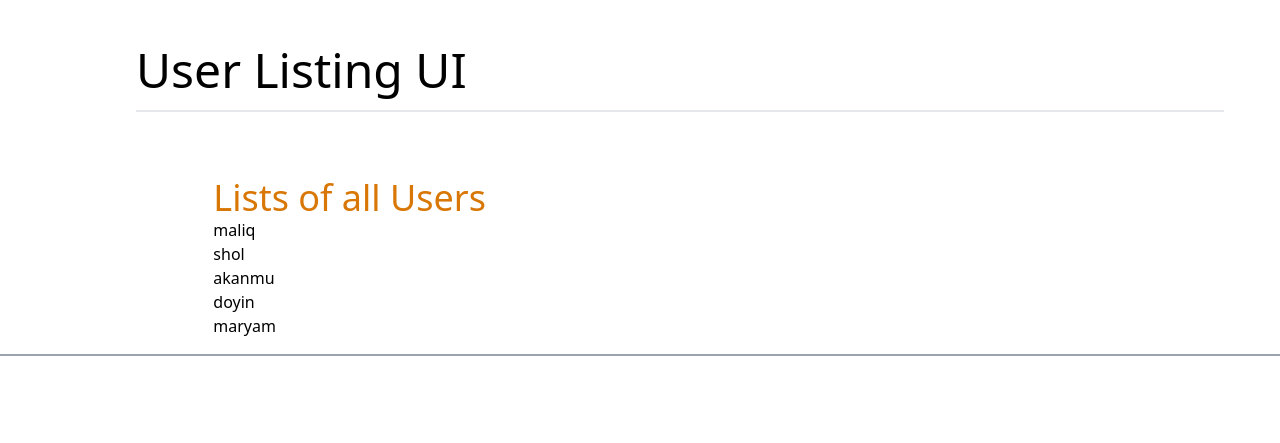
Repository: Marlstergo/listings
Page: / (app in client/)
An editor plug-in stored every save of this project. The page is shown before and after the next save, followed by the edit.
The browser window is 1280 px wide. The pictures show the whole page.
The project was rebuilt for these pictures with package versions that can differ from the ones it lists, and the page was loaded fresh each time. Also part of the build but not shown: client/craco.config.js, client/src/components/Loader.js, client/src/components/Order.js, client/src/components/Modal.js. Imported but missing from the stored project, and not drawn on this page: client/src/components/Base, client/src/components/Toppings.

Above is the page before, as saved 2021-07-20 23:38:41.

### client/src/index.js
/* eslint-disable no-unused-vars */
import React from "react";
import ReactDOM from "react-dom";
import "./index.css";
import App from "./App";
import reportWebVitals from "./reportWebVitals";
import { BrowserRouter } from "react-router-dom";
import { Provider } from "react-redux";
import { store } from "./redux/store";
import { PersistGate } from "redux-persist/integration/react";
import { persistor } from "./redux/store";

ReactDOM.render(
  <React.StrictMode>
    <Provider store={store}>
      <BrowserRouter>
        <PersistGate persistor={persistor}>
          <App />
        </PersistGate>
      </BrowserRouter>
    </Provider>
  </React.StrictMode>,
  document.getElementById("root")
);

// If you want to start measuring performance in your app, pass a function
// to log results (for example: reportWebVitals(console.log))
// or send to an analytics endpoint. Learn more: https://bit.ly/CRA-vitals
reportWebVitals();

### client/src/App.js
import React, { useState } from 'react';
import { Route, Switch, useLocation } from "react-router-dom";
import Header from './components/Header';
import Home from './components/Home';
import Base from './components/Base';
import Toppings from './components/Toppings';
import Order from './components/Order';
import Modal from './components/Modal';
import { AnimatePresence } from 'framer-motion';

function App() {
  const location = useLocation();
  const showModal = true;

  return (
    <>
      <Header />
      {/* <Modal showModal={showModal} /> */}
      <AnimatePresence exitBeforeEnter>
        <Switch location={location} key={location.key}>
          <Route path="/">
            <Home />
          </Route>
          <Route path="/createUpdateUser">
            <Toppings />
          </Route>
          <Route path="/order">
            <Order />
          </Route>
          <Route path="/">
            <Home />
          </Route>
        </Switch>
      </AnimatePresence>

    </>
  );
}

export default App;

### client/src/redux/store.js
import { createStore, applyMiddleware } from "redux";
import { logger } from 'redux-logger';
import {persistStore} from 'redux-persist';
// import thunk from 'redux-thunk'
import createSagaMiddleware from 'redux-saga'

import rootSaga from './root-sagas'

import rootReducer from './root-reducer';

const sagaMiddleware = createSagaMiddleware()

const middleware = [sagaMiddleware];

if( process.env.NODE_ENV === 'development'){
    middleware.push(logger)
}

export const store = createStore(rootReducer, applyMiddleware(...middleware))

sagaMiddleware.run(rootSaga)

export const persistor = persistStore(store)

export default (store, persistor);

### client/src/components/Header.js
import React from 'react';
import { motion } from 'framer-motion';

const svgVariants = {
  hidden: { rotate: -180 },
  visible: {
    rotate: 0,
    transition: { duration : 1 }
  },
}

const pathVariants = {
  hidden: {
    opacity: 0,
    pathLength: 0,
  },
  visible: {
    opacity: 1,
    pathLength: 1,
    transition: {
      duration: 2,
      ease: "easeInOut",
    }
  }
};


const Header = () => {
  return (
    <header className='flex p-14  items-center'>
      <motion.div className="logo"
        drag
        dragConstraints={{ left: 0, top: 0, right: 0, bottom: 0 }}
        dragElastic={0.7}
      >
        <motion.svg className="w-14 overflow-visible" xmlns="http://www.w3.org/2000/svg" viewBox="0 0 100 100"
          variants={svgVariants}
          initial="hidden"
          animate="visible"
        >
          <motion.path
            fill="none"
            d="M40 40 L80 40 C80 40 80 80 40 80 C40 80 0 80 0 40 C0 40 0 0 40 0Z"
            variants={pathVariants}
          />
          <motion.path
            fill="none"
            d="M50 30 L50 -10 C50 -10 90 -10 90 30 Z"
            variants={pathVariants}
          />
        </motion.svg>
      </motion.div>
      <motion.div className=" flex-grow ml-6 text-xs"
        initial={{ y: -250}}
        animate={{ y: -10 }}
        transition={{ delay: 0.2, type: 'spring', stiffness: 120 }}
      >
        <h1 className="border-b-2 pb-4 text-5xl">User Listing UI</h1>
      </motion.div>
    </header>
  )
}

export default Header;

### client/src/components/Home.js
import React from "react";
import { Link } from "react-router-dom";
import { motion } from "framer-motion";
import Loader from "./Loader";



const containerVariants = {
  hidden: {
    opacity: 0,
  },
  visible: {
    opacity: 1,
    transition: { delay: 1.5, duration: 1.5 },
  },
  exit: {
    x: "-100vh",
    transition: { ease: "easeInOut" },
  },
};
const users = ["maliq", "shol", "akanmu", "doyin", "maryam"];
const Home = () => {
  return (
    <motion.div
      className="  pb-4 mb-4 border-b-2 border-gray-400 flex flex-col items-center"
      variants={containerVariants}
      initial="hidden"
      animate="visible"
      exit="exit"
    >
      <div className="w-2/3 ">
        <h1 className="text-yellow-600 text-4xl">Lists of all Users</h1>
        <ul className="pl-[15px]">
          {users.map(
            (user , idx) => (
              <li key={idx}>{user}</li>
            )
          )}

        </ul>
        {/* <table className="min-w-full divide-y divide-gray-200">
          <thead>
            <tr>
              <th className="px-6 py-3 bg-gray-50 text-left text-xs font-medium text-gray-500 uppercase tracking-wider">
                Transaction
              </th>
              <th className="px-6 py-3 bg-gray-50 text-right text-xs font-medium text-gray-500 uppercase tracking-wider">
                Amount
              </th>
              <th className="hidden px-6 py-3 bg-gray-50 text-left text-xs font-medium text-gray-500 uppercase tracking-wider md:block">
                Status
              </th>
              <th className="px-6 py-3 bg-gray-50 text-right text-xs font-medium text-gray-500 uppercase tracking-wider">
                Date
              </th>
            </tr>
          </thead>
        </table> */}
      </div>
    </motion.div>
  );
};

export default Home;

### client/src/redux/root-sagas.js
import {all, call} from 'redux-saga/effects'
import {userSagas} from './user/user.sagas'


export default function* rootSaga(){
    yield all([
        call(userSagas),
    ])
}

### client/src/redux/root-reducer.js
import {combineReducers} from 'redux'
import userReducer from './user/user.reducer'
// import cartReducer from './cart/cart.reducer'
import {persistReducer} from 'redux-persist'
import storage from 'redux-persist/lib/storage'
// import directoryReducer from './directory/directory.reducer'
// import shopReducer from './shop/shop.reducer'

const persistConfig ={
    key: 'root',
    storage,
    whitelist: ['' ]
}
const rootReducer = combineReducers({
    user: userReducer,

})
export default persistReducer(persistConfig, rootReducer)

### client/src/redux/user/user.sagas.js
import { all, call, put, takeLatest } from "redux-saga/effects";

import UserActionTypes from "./user.types";
import { loadUserDetail } from "./user.action";
// import axios from "axios";
// import { getUserDetailsURL } from "../../components/stringConstants";

export function* getDetails() {
  yield console.log("i fired");

  // try {
  //   console.log("inside try");

  //   const res = yield axios.get(getUserDetailsURL);
  //   const data = yield res.data;
  //   console.log(res);
  //   yield put(loadUserDetail(data ? data.data[0] : {}));
  // } catch (err) {
  //   console.log(err.response);
  //   if (err.response && err.response.statusText === "Not Found") {
  //     // console.log("");
  //     window.location.href = "/profile/settings?newUser=0837";
  //   }
  // }
}

export function* getUserDetails() {
  yield takeLatest(UserActionTypes.GET_USER_DETAIL, getDetails);
}
// export function* loadUserDetails(){
//     yield takeLatest(UserActionTypes.LOAD_USER_DETAIL, loadDetails)
// }

export function* userSagas() {
  yield all([call(getUserDetails)]);
}

### client/src/redux/user/user.reducer.js
import UserActionTypes from "./user.types";
const INITIAL_STATE = {
  // currentUser: null,
  userDetail: {},
  demo: 'i am demo',
  location: null

};
const userReducer = (state = INITIAL_STATE, action) => {
  switch (action.type) {

    case UserActionTypes.LOAD_USER_DETAIL:
      return {
        ...state,
        userDetail: action.payload,
      };

    case UserActionTypes.COLLECT_GEOLOCATION:
      return {
        ...state,
        location: action.payload
      }
    default:
      return state;
  }
};

export default userReducer;

### client/src/redux/user/user.types.js
const UserActionTypes ={
    GOOGLE_SIGN_IN_START : 'GOOGLE_SIGN_IN_START',
    SIGN_IN_SUCCESS : 'SIGN_IN_SUCCESS',
    SIGN_IN_FAILURE : 'SIGN_IN_FAILURE',
    GET_USER_DETAIL: 'GET_USER_DETAIL',
    LOAD_USER_DETAIL: 'LOAD_USER_DETAIL',
    COLLECT_GEOLOCATION: 'COLLECT_GEOLOCATION',
    FETCH_GEOLOCATION: 'FETCH_GEOLOCATION'
}
export default UserActionTypes;

### client/src/redux/user/user.action.js
import UserActionTypes from './user.types'



// export const googleSignInStart = () => ({
//     type: UserActionTypes.GOOGLE_SIGN_IN_START
// })

// export const signInSuccess = (user) => ({
//     type: UserActionTypes.SIGN_IN_SUCCESS,
//     payload: user
// })

export const getUserDetail = () => ({
    type: UserActionTypes.GET_USER_DETAIL,

})
export const loadUserDetail = (details) => ({
    type: UserActionTypes.LOAD_USER_DETAIL,
    payload: details
})

export const fetchGeoloction = () => ({
    type: UserActionTypes.FETCH_GEOLOCATION
})
export const collectGeolocation = (location) => ({
    type: UserActionTypes.COLLECT_GEOLOCATION,
    payload: location
})
// })

### client/tailwind.config.js
  // tailwind.config.js
  module.exports = {
    // mode:'jit',
    purge: ['./src/**/*.{js,jsx,ts,tsx}', './public/index.html'],
     darkMode: false, // or 'media' or 'class'
     theme: {
       extend: {},
     },
     variants: {
       extend: {},
     },
     plugins: [],
   }

Loaded but not shown: client/public/index.html (common file); client/src/index.css (common file); client/src/reportWebVitals.js (common file)

After the next save:
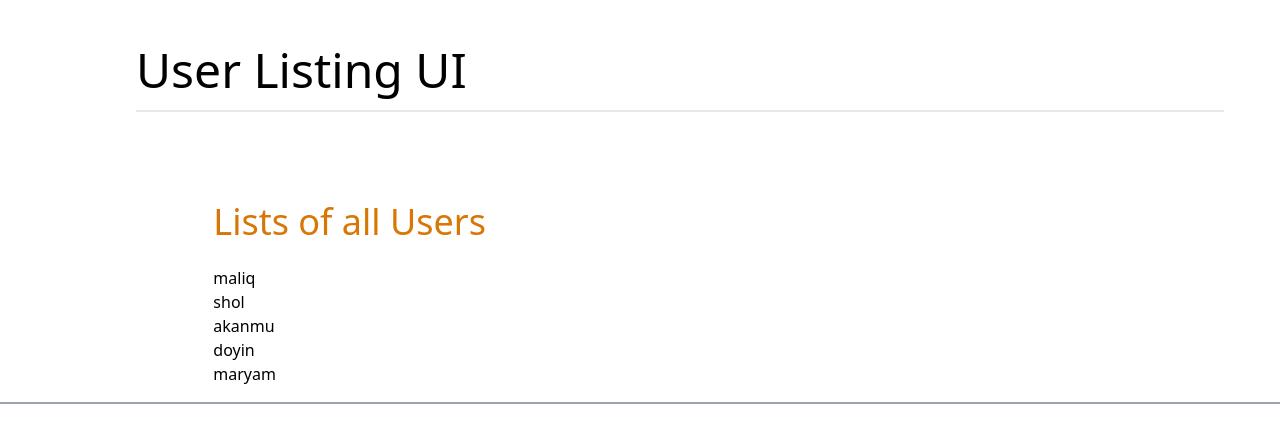
Saved 20 s later.
--- a/client/src/components/Home.js
+++ b/client/src/components/Home.js
@@ -29,7 +29,7 @@ const Home = () => {
       exit="exit"
     >
       <div className="w-2/3 ">
-        <h1 className="text-yellow-600 text-4xl">Lists of all Users</h1>
+        <h1 className="text-yellow-600 py-6 text-4xl">Lists of all Users</h1>
         <ul className="pl-[15px]">
           {users.map(
             (user , idx) => (
